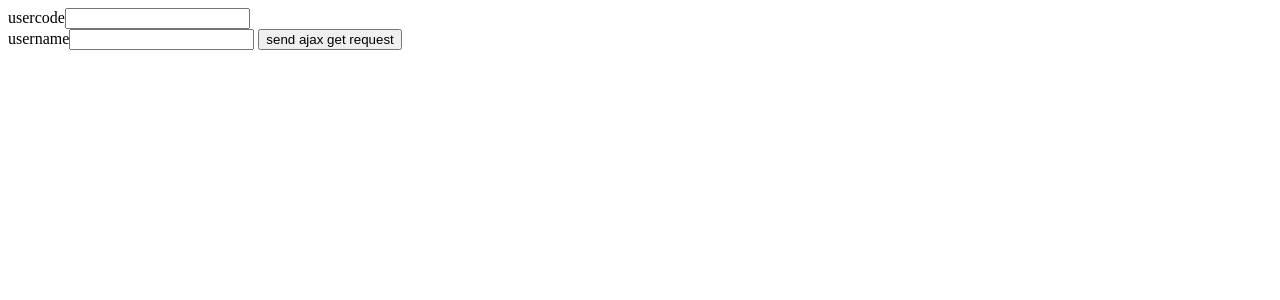
Repository: HO-ZY/Pleiades_Workplace
Page: ajax/P_ajax2/src/main/webapp/ajax3.html
The author's editor kept a copy of each file at every save. The page is drawn from the files as they stood at one save, then again after the next save.
The browser window is 1280 px wide. The pictures show the whole page.

Above is the page before, as saved 2022-06-04 14:54:16.

### ajax/P_ajax2/src/main/webapp/ajax3.html
<!DOCTYPE html>
<html>
<head>
<meta charset="UTF-8">
<title>Send AJAX GET request</title>
</head>
<body>
<script type="text/javascript">
	window.onload=function(){
		document.getElementById("btn").onclick=function(){
			//window.alert("Send ajax request")
			//send ajax GET request
			//console.log("Send ajax GET request")

			//1.create AJAX core object: XMLHttpRequest
			var xhr=new XMLHttpRequest();
			//2.register callback function
			//This is a callback function ,This function is called when the status value foXMLHttpRequest`s
			//object :readyState change
			xhr.onreadystatechange=function(){
				//the callback function will be called mutiple times
				//0 -> 1 call one time
				//1 -> 2 call one time
				//2 -> 3 call one time
				//3 -> 4 call one time
				//console.log(xhr.readyState)

				//if value of readyState`s state is 4, it refer to the request completed
				if(this.readyState==4){
					//request is completed
					console.log("request is completed")
					if(this.status==404){
						window.alert("Page not found")
					}else if(this.status==500){
						window.alert("An error is occured in web server")
					}else if(this.status==200){
						window.alert("Request success")
						document.getElementById("myspan").innerHTML=this.responseText
					}

				}
			}
			//3 Open channel
			xhr.open("GET","/P_ajax2/ajaxrequest2?usercode=110&username=zhangsan",true)

			//4. Send Request
			xhr.send()
		}
	}

</script>
usercode<input type="text" id="usercode"><br>
username<input type="text" id="username">


<button id="btn">send ajax get request</button>
<br>
<span id="myspan"></span>
<div id="mydiv"></div>

</body>
</html>

After the next save:
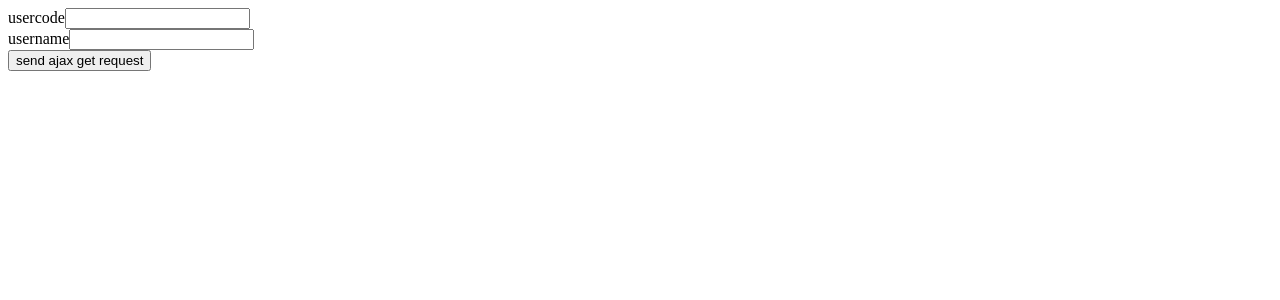
Saved 8 s later.
--- a/ajax/P_ajax2/src/main/webapp/ajax3.html
+++ b/ajax/P_ajax2/src/main/webapp/ajax3.html
@@ -50,7 +50,7 @@
 
 </script>
 usercode<input type="text" id="usercode"><br>
-username<input type="text" id="username">
+username<input type="text" id="username"><br>
 
 
 <button id="btn">send ajax get request</button>
